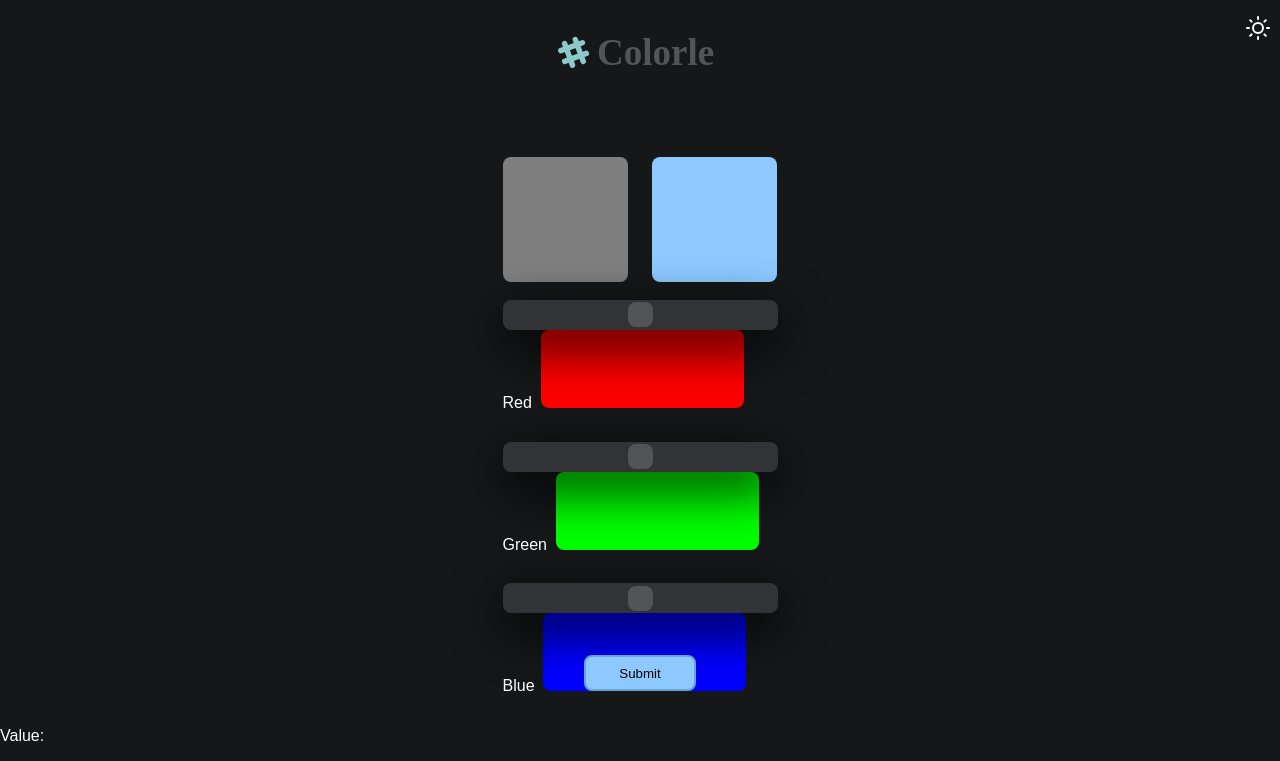
Repository: Artem-Melnik/Colorle
Page: index.html
The author's editor kept a copy of each file at every save. The page is drawn from the files as they stood at one save, then again after the next save.
The browser window is 1280 px wide. The pictures show the whole page.

Above is the page before, as saved 2022-05-15 11:49:57.

### index.html
<!-- TODO: Change text/icon color -->
<!-- TODO: Represent guess correctness using Linear-style icons -->
<!-- TODO: Replace Colorle text logo with SVG/image due to font problems -->
<!-- TODO: Add textboxes where player can enter exact RGB values -->
<!DOCTYPE html>
<html>
  <head>
    <title>Parcel Sandbox</title>
    <link rel="icon" type="image/x-icon" href="assets/logo.svg">
    <link rel="stylesheet" href="styles.css">
    <meta charset="UTF-8" />
    <meta name="viewport" content="width=device-width" />
  </head>

  <script
    src="https://ajax.googleapis.com/ajax/libs/jquery/3.6.0/jquery.min.js"
    type="text/javascript"
  ></script>
  <script
    src="https://ajax.googleapis.com/ajax/libs/jqueryui/1.13.1/jquery-ui.min.js"
    type="text/javascript"
  ></script>
  <!-- Host feather icons locally and remove CDN? -->
  <script src="https://unpkg.com/feather-icons"></script>
  <script>
      feather.replace();
    </script>
  <script type="module" src="index.js" type="text/javascript"></script>

  <body>
    <div id="app"></div>
    <div class="topBar">
      <div id="header">
        <img id="logo" src="assets/logo.svg">
        <p id="title">Colorle</p>
      </div>
      <p>
        <button type="button" id="themeToggle">
          <img src="assets/sun-icon.svg">
          <!-- <i id="themeIcon" data-feather="sun"></i> -->
        </button>
      </p>
    </div>

    <div id="topColors">
      <div id="previewAll"></div>
      <div id="correctColor"></div>
    </div>
    <div id="redContainer">
      <input
        type="range"
        min="0"
        max="255"
        value="128"
        class="slider"
        id="sliderRed"
      />
      <p class="currentColor" id="currentRed">Red</p>
      <p class="rating" id="ratingRed"></p>
      <div id="previewRed"></div>
    </div>
    <div id="greenContainer">
      <input
        type="range"
        min="0"
        max="255"
        value="128"
        class="slider"
        id="sliderGreen"
      />
      <p class="currentColor" id="currentGreen">Green</p>
      <p class="rating" id="ratingGreen"></p>
      <div id="previewGreen"></div>
    </div>
    <div id="blueContainer">
      <input
        type="range"
        min="0"
        max="255"
        value="128"
        class="slider"
        id="sliderBlue"
      />
      <p class="currentColor" id="currentBlue">Blue</p>
      <p class="rating" id="ratingBlue"></p>
      <div id="previewBlue"></div>
    </div>
    <div class="guessText">
      <p>Value: <span id="guessColor"></span></p>
    </div>
    <div class="buttonContainer">
      <button type="button" id="submitButton">Submit</button>
    </div>
  </body>
</html>

### styles.css
body {
  font-family: sans-serif;
  margin: 0;
  background: #151718;
  color: #ffffff;
}

.lightTheme {
  background: #ffffff;
  color: #151718;
}

/* Changes the correctColor gradient to dark/black */
/* .correctColorDark {
  background-image: linear-gradient(
    to bottom,
    rgba(0, 0, 0, 0),
    rgba(0, 0, 0, 1) 100%
  ) !important;
} */

#header {
  display: block;
  position: relative;
  margin-left: auto;
  margin-right: auto;
  margin-bottom: 7%;
  margin-top: 2%;
  width: 165px;
  height: 42px;
  align-items: center;
}

#logo {
  position: relative;
  justify-content: center;
  align-items: center;
  margin-top: 10px;
  margin-bottom: -3px;
  margin-right: 3px;
  width: 32px;
  height: 32px;
}

#title {
  font-family: "Asap";
  font-style: normal;
  font-weight: 700;
  font-size: 37px;
  line-height: 42px;
  display: inline-block;
  /* align-items: center; */
  /* text-align: center; */
  color: #535458;
  margin: 0px;
}

#themeToggle {
  width: 25px;
  height: 25px;
  position: absolute;
  right: 15px;
  top: 15px;
  color: grey;
  background: none;
  border: none;
  transform: scale(1);
  transition: all 0.5s;
}

#themeToggle:hover {
  transform: scale(1.2);
}

#themeIcon {
  color: grey;
  width: 25px;
  height: 25px;
  transform: scale(1);
  transition: all 0.5s;
}

#themeIcon.animate {
  color: grey;
  transform: scale(0);
}

.transform-active {
  /* background-color: blue;
  animation-name: darkToLight;
  animation-duration: 1s; */
  color: #151718;
}

.transform {
  -webkit-transition: all 2s ease;
  -moz-transition: all 2s ease;
  -o-transition: all 2s ease;
  -ms-transition: all 2s ease;
  transition: all 2s ease;
}

/* @keyframes darkTolight {
  0% {
    color: #ffffff;
  }
  100% {
    color: #151718;
  }
} */

/* #previewId {
  width: 100px;
  height: 100px;
  background-color: var(color);
  border: solid black;
} */

/* correctColor gradient */
/* #correctColor {
  position: absolute;
  top: 0px;
  width: 100%;
  height: 25%;
  background-color: var(color);
  margin: auto;
  background-image: linear-gradient(
    to bottom,
    rgba(255, 255, 255, 0),
    rgba(255, 255, 255, 1) 100%
  );
  z-index: -1;
} */

#topColors {
  width: 275px;
  margin: auto;
}

#correctColor {
  display: inline-block;
  position: relative;
  width: 125px;
  height: 125px;
  border-radius: 8px;
  margin-left: 10px;
}

#previewAll {
  background-color: rgb(127, 127, 127);
  display: inline-block;
  position: relative;
  width: 125px;
  height: 125px;
  border-radius: 8px;
  order: 1;
  margin-right: 10px;
}

#redContainer,
#greenContainer,
#blueContainer {
  display: auto;
  justify-content: center;
  margin: auto;
  width: 275px;
}

#sliderRed,
#sliderGreen,
#sliderBlue {
  display: block;
  -webkit-appearance: none;
  -moz-appearance: none;
  appearance: none;
  background: #323337;
  width: 275px;
  height: 30px;
  top: 100px;
  border-radius: 8px;
  margin: auto;
  margin-top: 5%;
  filter: drop-shadow(0px 15px 25px #000000);
}

#sliderRed::-webkit-slider-thumb,
#sliderGreen::-webkit-slider-thumb,
#sliderBlue::-webkit-slider-thumb {
  -webkit-appearance: none;
  appearance: none;
  width: 25px;
  height: 25px;
  background: #535458;
  cursor: pointer;
  border-radius: 8px;
}

#currentRed,
#currentGreen,
#currentBlue,
#ratingRed,
#ratingGreen,
#ratingBlue {
  display: inline-block;
  position: relative;
}

#previewRed,
#previewGreen,
#previewBlue {
  display: inline-block;
  position: relative;
  width: 203px;
  height: 78px;
  /* background-color: var(color); */
  /* border: solid black; */
  border-radius: 8px;
  margin: auto;
  z-index: -1;
}

#previewRed {
  background-color: rgb(255, 0, 0);
}

#previewGreen {
  background-color: rgb(0, 255, 0);
}

#previewBlue {
  background-color: rgb(0, 0, 255);
}

.buttonContainer {
  display: flex;
  justify-content: center;
}

#submitButton {
  position: fixed;
  width: 112px;
  height: 36px;
  bottom: 4%;
  border: 2px solid;
  border-radius: 8px;
  transition: all 0.3s ease 0s;
}

#submitButton:hover {
  position: fixed;
  width: 112px;
  height: 36px;
  bottom: 4%;
  border: 2px solid;
  border-radius: 8px;
  filter: drop-shadow(0px 10px 15px #8dc9c980);
  transform: translateY(-5px);
}

#submitButton:active {
  position: fixed;
  width: 112px;
  height: 36px;
  bottom: 4%;
  border: 2px solid;
  border-radius: 8px;
  filter: drop-shadow(0px 10px 15px #8dc9c980);
  transform: translateY(-1px);
}

### index.js
// document.getElementById("sliderRange").innerHTML = `
// <div class="slidercontainer"></div>
// `;
// var root = document.querySelector(":root");
// var slider = document.getElementById("sliderRange");
// // Change "demo" to something else?
// var sliderRange = document.getElementById("demo");
// sliderRange.innerHTML = slider.value;
let correctRed = 141;
let correctGreen = 201;
let correctBlue = 255;

let red;
let green;
let blue;
// TODO: Split correctRGB into 3 seperate colors
let correctRgb =
  "rgb(" + correctRed + ", " + correctGreen + ", " + correctBlue + ")";

function changeColor() {
  red = document.getElementById("sliderRed").value;
  green = document.getElementById("sliderGreen").value;
  blue = document.getElementById("sliderBlue").value;

  document.getElementById("previewRed").style.backgroundColor =
    "rgb(" + red + ", 0, 0)";
  document.getElementById("previewGreen").style.backgroundColor =
    "rgb(0," + green + ", 0)";
  document.getElementById("previewBlue").style.backgroundColor =
    "rgb(0, 0," + blue + ")";

  document.getElementById("currentRed").textContent = red;
  document.getElementById("currentGreen").textContent = green;
  document.getElementById("currentBlue").textContent = blue;
}

// Shows guess color when submit button is clicked
// Also checks how close the guess is to the correct color
function onSubmit() {
  document.getElementById("previewAll").style.backgroundColor =
    "rgb(" + red + ", " + green + ", " + blue + ")";
  document.getElementById("guessColor").textContent =
    "rgb(" + red + ", " + green + ", " + blue + ")";

  // TODO: Optimize code for red, green, and blue checks
  // Check if red guess is correct
if (red == correctRed) {
  document.getElementById('ratingRed').innerText = "SS";
} else if ((red > correctRed - 6) && (red < correctRed + 6)) {
  document.getElementById('ratingRed').innerText = "S";
} else if ((red > correctRed - 12) && (red < correctRed + 12)) {
  document.getElementById('ratingRed').innerText = "A";
} else if ((red > correctRed - 24) && (red < correctRed + 24)) {
  document.getElementById('ratingRed').innerText = "B";
} else if ((red > correctRed - 48) && (red < correctRed + 48)) {
  document.getElementById('ratingRed').innerText = "C";
} else {
  document.getElementById('ratingRed').innerText = "D";
}

  // Does same thing as red check but for green
if (green == correctGreen) {
  document.getElementById('ratingGreen').innerText = "SS";
} else if ((green > correctGreen - 6) && (green < correctGreen + 6)) {
  document.getElementById('ratingGreen').innerText = "S";
} else if ((green > correctGreen - 12) && (green < correctGreen + 12)) {
  document.getElementById('ratingGreen').innerText = "A";
} else if ((green > correctGreen - 24) && (green < correctGreen + 24)) {
  document.getElementById('ratingGreen').innerText = "B";
} else if ((green > correctGreen - 48) && (green < correctGreen + 48)) {
  document.getElementById('ratingGreen').innerText = "C";
} else {
  document.getElementById('ratingGreen').innerText = "D";
}

  // Does same thing as red check but for blue
if (blue == correctBlue) {
  document.getElementById('ratingBlue').innerText = "SS";
} else if ((blue > correctBlue - 6) && (blue < correctBlue + 6)) {
  document.getElementById('ratingBlue').innerText = "S";
} else if ((blue > correctBlue - 12) && (blue < correctBlue + 12)) {
  document.getElementById('ratingBlue').innerText = "A";
} else if ((blue > correctBlue - 24) && (blue < correctBlue + 24)) {
  document.getElementById('ratingBlue').innerText = "B";
} else if ((blue > correctBlue - 48) && (blue < correctBlue + 48)) {
  document.getElementById('ratingBlue').innerText = "C";
} else {
  document.getElementById('ratingBlue').innerText = "D";
}

  // if ("rgb(" + red + "," + green + "," + blue + ")" === "rgb(141,201,201)") {
  //   alert("Correct!");
  // }
}

$("#themeToggle").click(function () {
  $("#themeIcon").toggleClass("animate");
});

function themeSwitch() {
  document.body.classList.toggle("lightTheme");
  document.getElementById("correctColor").classList.toggle("correctColorDark");
}

document.getElementById("correctColor").style.backgroundColor = correctRgb;
document.getElementById("logo").style.fill = correctRgb;
document.getElementById("submitButton").style.backgroundColor = correctRgb;
document.getElementById("submitButton").style.borderColor =
  "rgb(" +
  (correctRed - 38) +
  ", " +
  (correctGreen - 38) +
  ", " +
  (correctBlue - 38) +
  ")";

document.getElementById("sliderRed").addEventListener("input", changeColor);
document.getElementById("sliderGreen").addEventListener("input", changeColor);
document.getElementById("sliderBlue").addEventListener("input", changeColor);
document.getElementById("submitButton").addEventListener("click", onSubmit);
document.getElementById("themeToggle").addEventListener("click", themeSwitch);

// Plugs in sliderRange for green in RGB
// Outputs the value of the slider
// slider.oninput = function () {
//   sliderRange.innerHTML = this.value;
//   root.style.setProperty("--green", sliderRange);
//   alert(sliderRange);
// };

After the next save:
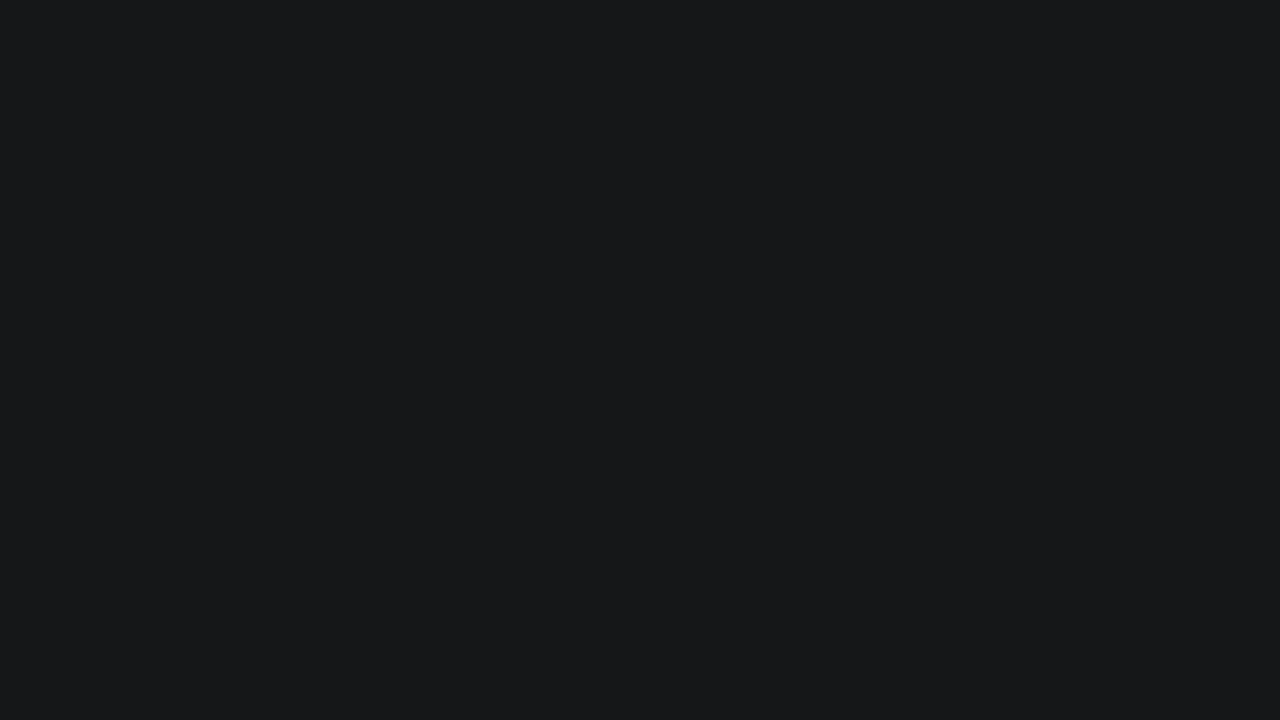
Saved 7 min 5 s later.
--- a/index.html
+++ b/index.html
@@ -6,7 +6,7 @@
 <html>
   <head>
     <title>Parcel Sandbox</title>
-    <link rel="icon" type="image/x-icon" href="assets/logo.svg">
+    <object rel="icon" type="image/x-icon" href="assets/logo.svg">
     <link rel="stylesheet" href="styles.css">
     <meta charset="UTF-8" />
     <meta name="viewport" content="width=device-width" />

After the save that followed:
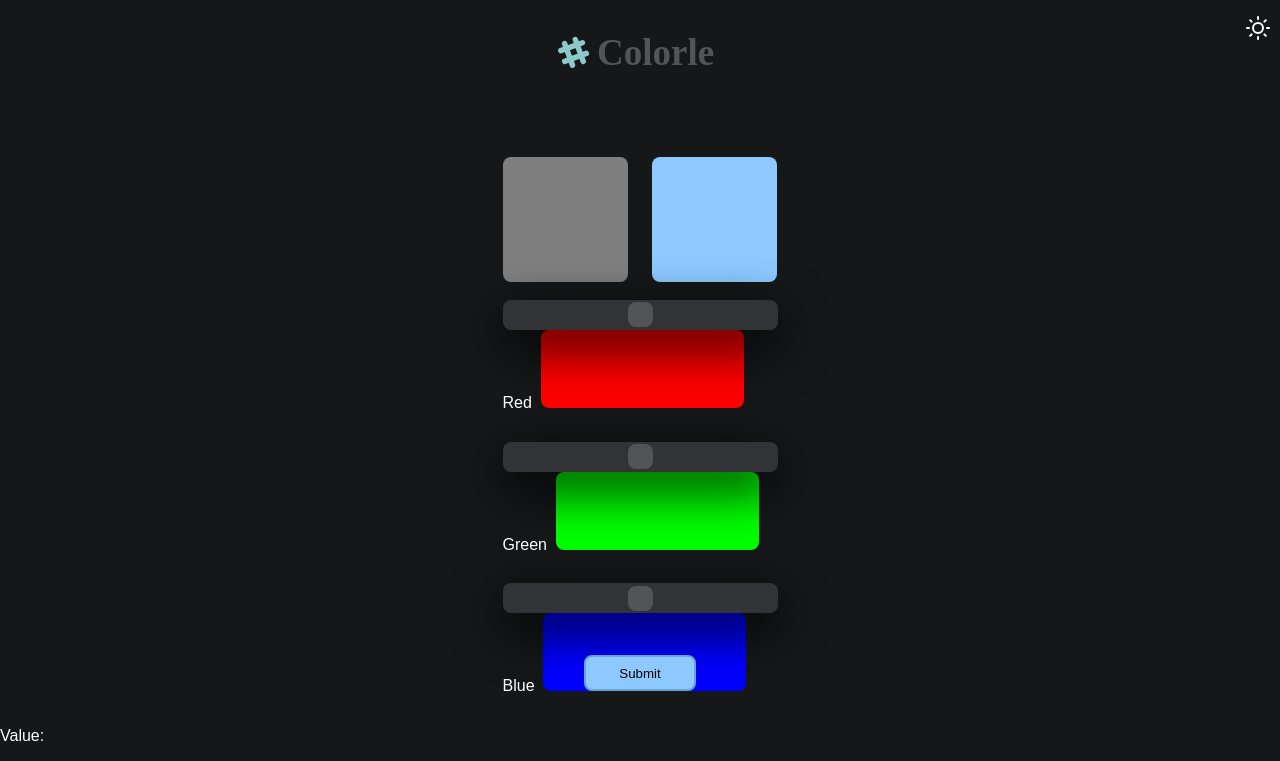
Saved 30 s later.
--- a/index.html
+++ b/index.html
@@ -6,7 +6,7 @@
 <html>
   <head>
     <title>Parcel Sandbox</title>
-    <object rel="icon" type="image/x-icon" href="assets/logo.svg">
+    <link rel="icon" type="image/x-icon" href="assets/logo.svg">
     <link rel="stylesheet" href="styles.css">
     <meta charset="UTF-8" />
     <meta name="viewport" content="width=device-width" />
